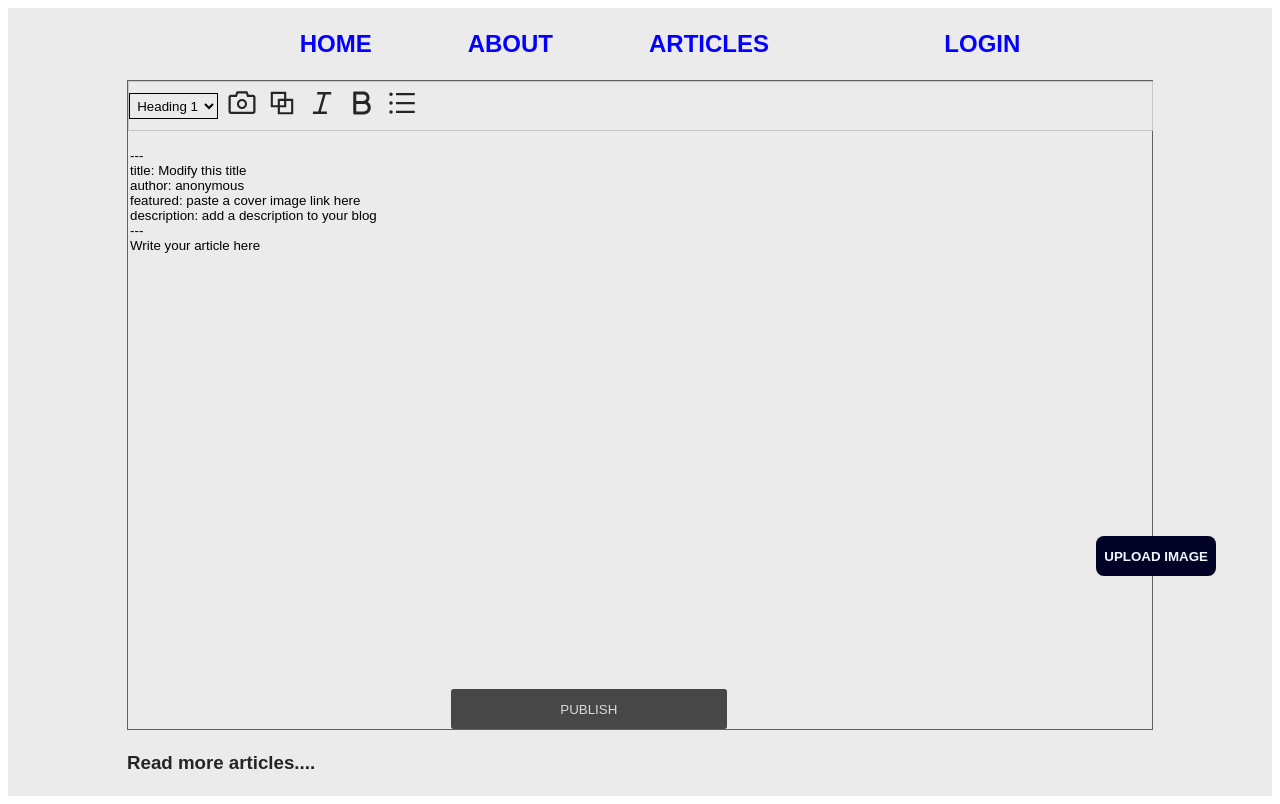
Repository: ValGrace/-static-site
Page: /articles (app in client/)
These files come from the project's save history. The page is drawn as it stood at one moment and after the next save; the edit follows.
The browser window is 1280 px wide. The pictures show the whole page.
The page's requests for data from a server got no answer. The project was rebuilt for these pictures with package versions that can differ from the ones it lists, and the page was loaded fresh each time. No one was signed in, and anything a server would have sent is missing. Also part of the build but not shown: client/vite.config.js, client/src/Components/Login.jsx, client/src/Components/Signup.jsx, client/src/Components/MidSection.jsx, client/src/Components/HomeSection.jsx, client/src/Components/TopSection.jsx, client/src/MdFiles/MdFileContext.js, client/src/Pages/HomePage.jsx and 1 more.

Above is the page before, as saved 2023-07-01 22:06:54.

### client/index.html
<!DOCTYPE html>
<html lang="en">
  <head>
    <meta charset="UTF-8" />
    <link rel="icon" type="image/svg+xml" href="/vite.svg" />
    <meta name="viewport" content="width=device-width, initial-scale=1.0" />
    <title>Static Site Generator</title>

  </head>
  <body>
    <div id="root"></div>
    <script type="module" src="/src/main.jsx"></script>
  </body>
</html>

### client/src/main.jsx
import React from 'react'
import ReactDOM from 'react-dom/client'
import App from './App'
import './index.css'
import { BrowserRouter } from 'react-router-dom'
ReactDOM.createRoot(document.getElementById('root')).render(
  <React.StrictMode>
    <BrowserRouter>
    <App />
    </BrowserRouter>
  </React.StrictMode>,
)

### client/src/App.jsx
import PageRouter from './Routing/PageRouter'
import './App.css'


function App() {

  return (
    <div className="App">
      <PageRouter />
    </div>
  )
}

export default App

### client/src/index.css
:root {
  font-family: 'Acme', sans-serif;
  line-height: 1.5;
  font-weight: 400;

  color-scheme: light dark;
  color: rgba(7, 7, 7, 0.87);
  /* background-color: #000000b4; */
  padding: 0;
  margin: 0;
  font-synthesis: none;
  text-rendering: optimizeLegibility;
  -webkit-font-smoothing: antialiased;
  -moz-osx-font-smoothing: grayscale;
  -webkit-text-size-adjust: 100%;
}

/* a {
  font-weight: 500;
  color: #646cff;
  text-decoration: inherit;
}
a:hover {
  color: #535bf2;
}

body {
  margin: 0;
  display: flex;
  place-items: center;
  min-width: 320px;
  min-height: 100vh;
}

h1 {
  font-size: 3.2em;
  line-height: 1.1;
}

button {
  border-radius: 8px;
  border: 1px solid transparent;
  padding: 0.6em 1.2em;
  font-size: 1em;
  font-weight: 500;
  font-family: inherit;
  background-color: #1a1a1a;
  cursor: pointer;
  transition: border-color 0.25s;
}
button:hover {
  border-color: #646cff;
}
button:focus,
button:focus-visible {
  outline: 4px auto -webkit-focus-ring-color;
}

@media (prefers-color-scheme: light) {
  :root {
    color: #213547;
    background-color: #ffffff;
  }
  a:hover {
    color: #747bff;
  }
  button {
    background-color: #f9f9f9;
  }
} */

### client/src/Routing/PageRouter.jsx
import Dashboard from "../Pages/Dashboard";
import HomePage from "../Pages/HomePage";
import { Routes, Route} from "react-router-dom"
import AboutPage from "../Pages/aboutPage";
import Articles from "../Pages/Articles";
const PageRouter = () => {
    return (
        <Routes>
            <Route exact path="/" element={ <HomePage />}/>
            <Route path="/login" element={ <Dashboard />}/>
            <Route path="/about" element={<AboutPage />} />
            <Route path="/articles" element={<Articles />} />

        </Routes>
    )
}

export default PageRouter

### client/src/App.css
.App {
  display: flex;
  flex-direction: column;
  justify-content: center;
  align-items: center;
  margin: 0;
  padding: 0;
  background-color: rgba(226, 226, 226, 0.699);
}

### client/src/Pages/Dashboard.jsx
import React, { useReducer, useState} from 'react'
import Login from '../Components/Login'
import Signup from '../Components/Signup'
import "../Components/Inputs.css"
import { Link, useNavigate } from 'react-router-dom'
// import { useAuth } from '../Context/UserContext'
import { account } from '../Utils/appwrite'
const initialState = {page : <Login />}
function reducer(state, action) {
    switch(action.type) {
        case 'loginpage':
          return { page: <Login />}
        case 'signuppage':
            return { page: <Signup />}
        default:
            return { page: <h2>Loading....</h2>}
    }
}
const Dashboard = () => {
    const [state, dispatch] = useReducer(reducer, initialState)

    const [ error, setError] = useState('')
    const navigate = useNavigate()
    const ghostLogin = async() => {
        try {
            setError('')
            await account.createAnonymousSession();
            navigate("/")
        }
        catch {
             setError("Failed to Create anonymous account")
        }
    }
    return (
        <div className='dashboard'>
         <h2>Static Site Generator</h2>
         <div>Static site Image</div>
      <div className='dash' id='dash'>
            <div className='toggleForms'>
                <button onClick={() => dispatch({type: 'loginpage'})} className="type-btn">Login</button>
                <button onClick={() => dispatch({type: 'signuppage'})} className="type-btn">Signup</button>
                </div>
            <React.Fragment>{state.page}</React.Fragment>

            <button id="auth-btns" onClick={ghostLogin}>Login with Ghost account</button>
            <h5>{error}</h5>
         </div>
         <Link to="/home">Home</Link>
       </div>
    )
}

export default Dashboard

### client/src/Pages/Articles.jsx
import { useEffect, useRef, useState} from 'react'
import { Axios } from "axios"
import Navbar from '../Components/Navbar'
import { account } from '../Utils/appwrite'
// import { FaBold, FaItalic, FaList} from 'react-icons/fa'
import { AiOutlineItalic, AiOutlineUnorderedList, AiOutlineBold, AiOutlineBlock, AiOutlineCamera} from "react-icons/ai"

const Articles = () => {

  const input = useRef()
  const preview = useRef()

  const [userName] = useState("anonymous")
  const [headStyle, setHeadStyle] = useState("##")
  const [imageData, setImageData] = useState("")
  // const [title, setTitle] = useState('')
  const [currentUser, setCurrentUser] = useState("")
  const articleContext = `
---
title: Modify this title
author: ${currentUser ? currentUser : userName}
featured: paste a cover image link here
description: add a description to your blog
---
Write your article here
  `
  const [article, setarticle] = useState(articleContext)


  // get current user account
  const subscriber = () => {
    const unsubscribe = account.get()
    unsubscribe.then(function(promise){
       console.log(promise)
       setCurrentUser(promise.name)
    }, function(error) {
      console.log(error)
    })
    return unsubscribe
  }
  // fetch articles from api
  async function getData() {
    const response =  await fetch('/articles/')
    const postData = await response.json()
    console.log(postData)

  }
  useEffect(()=> {
    subscriber()
    getData()
  }, [])


  const headTwoEvent = (e) => {
    e.preventDefault()
    setHeadStyle(e.target.value)
    input.current.value += headStyle

  }

  const blockEvent = (e) => {
    e.preventDefault()
    input.current.value += "> "
  }

  const italicEvent = (e) => {
    e.preventDefault()
    input.current.value += "*edit this italic text*"
  }

  const boldEvent = (e) => {
    e.preventDefault()
    input.current.value += "**edit this bold text**"
  }
  const editPost = (event) => {
     setarticle(event.target.value)
  }
  const listEvent = (e) => {
      e.preventDefault()
      input.current.value += "\n- "
  }

   const [imageSelected, setImageSelected] = useState()
   const uploadImage = async() => {
    const formdData = new FormData()
    formdData.append("file", imageSelected)
    formdData.append("upload_preset", "blogsite")
    // formData.append("cloud_name", "dnjzdxki1")
    let data = ""
    await Axios.post("https://api.cloudinary.com/v1_1/dnjzdxki1/image/upload", formdData).then((response)=>{
      console.log(response)
      data = response.data["secure_url"]
      setImageData(data)
    })
    input.current.value += `![add alt text here](${imageData})`
    return data
   }
    return (
        <>
          <Navbar />
          <div className="articles">
          <button onClick={uploadImage} className="btn-edit"> Upload Image</button>
            <form className="md-editor" method='post' action='/articles/' encType='multipart/form-data'>

            <div className='article-area'>

              <div className='article-icons'>
                <select value={headStyle} onChange={headTwoEvent}>
                  <option value="# ">Heading 1</option>
                  <option value="## ">Heading 2</option>
                  <option value="### ">Heading 3</option>
                </select>
                              <div>
                <label htmlFor='inputFile'>
                <AiOutlineCamera size="2em"/>
                <input type='file' onChange={(event) => setImageSelected(event.target.files[0])} id="inputFile" accept='image/*'/>
                </label>


                {/* <Image cloudName="" publicId="" /> */}
                </div>
                <span onClick={blockEvent}><AiOutlineBlock size="2em"/></span>
                <span onClick={italicEvent}><AiOutlineItalic size="2em"/></span>
                <span onClick={boldEvent}><AiOutlineBold size="2em"/></span>
                <span onClick={listEvent}><AiOutlineUnorderedList size="2em"/></span>

                </div>

                <textarea value={article} ref={input} onChange={editPost} id='txtarea' name='article'/>
            </div>
            <div className="md-btns">

                <input type='submit' id="md-btn" value='Publish' />
            </div>
            </form>

            <div id="preview" ref={preview}></div>
            <div>

                <h3>Read more articles....</h3>

            </div>
          </div>
        </>
    )
}

export default Articles













//   const submitForm = () => {
//     fetch("/articles/", {
//         method: "POST",
//         headers: {
//             "Content-Type": "application/json",
//         },
//         body: article

//     })
// }

### client/src/Components/Inputs.css
form, #dash {
    width: 80vw;
}
.signupForm, .dash, .dashboard {
   display: flex;
   flex-direction: column;
   justify-content: center;
   align-items: center;
   gap: 0.8em;
}

input, button {
    width: 80%;
    height: 3em;
    background-color: transparent;
    color: black;
}

#sign {
   width: 40vw;
}

.toggleForms {
    display: grid;
    grid-template-columns: 50% 50%;
    gap: 0.4em;
    justify-content: center;
    align-items: center;
}

#inptitle, .article-icons{
   width: 100%;
   border: 0.5px solid rgb(199, 199, 199);
   border-radius: 0.7%;

}

.article-icons {
    width: 79.9vw;
    height: 3em;
    display: flex;
    flex-direction: row;
    align-items: center;
    gap: 0.5em;
}

.article-area {
   margin-top: 0;
   display: flex;
   flex-direction: column;
   height: 90vh;

}

.type-btn {
    background-color: rgb(2, 2, 133);
    border: none;
    width: 20vw;
    border-radius: 8px;
    text-transform: uppercase;
    color: aliceblue;
    font-weight: 700;
}

.type-btn:hover {
   background-color: rgb(1, 1, 22);
}

#auth-btns {
    text-transform: uppercase;
    font-weight: 700;
}

select, option {
    border: 0.08em solid black;
    background-color: transparent;
    font-weight: 500;
    padding: 0.2rem;
}

input[type=file] {
   display: none;
}

label {
    cursor: pointer;
}

### client/src/Utils/appwrite.js
import {Client, Account} from "appwrite"

const client = new Client()

client.setEndpoint("https://cloud.appwrite.io/v1").setProject("64940746ea62d29f596e")

export const account = new Account(client)

### client/src/Components/Navbar.jsx
import { useState } from "react"
import {HiBars3BottomLeft} from 'react-icons/hi2'
import { FaTimes} from 'react-icons/fa'
import { Link} from 'react-router-dom'
import "./Navbar.css"
const Navbar = () => {
    const [clickbar, setClickbar] = useState(false)
    return (
           <>


        <nav id="bar" onClick={()=>setClickbar
        (!clickbar)}>{clickbar ? <>
           <FaTimes size="2em"/>

            <ul>
               <Link to="/" className="navlink"><li>home</li></Link>
                <Link to="/about"><li>about</li></Link>
                <Link to="/articles"><li>articles</li></Link>
                <Link to="/login"><li>Login</li></Link>
            </ul>

        </>: <HiBars3BottomLeft size="2em"/>}
        </nav>

        <nav id="pages">
        <ul>
                <Link to="/" className="navlink"><li>home</li></Link>
                <Link to="/about" className="navlink"><li>about</li></Link>
                <Link to="/articles" className="navlink"><li>articles</li></Link>
            </ul>
            <ul>
                <li><Link to="/login" className="navlink">Login</Link></li>
            </ul>

</nav>
        </>
    )
}

export default Navbar

### client/src/Components/InfoPage.css
#about-page {
    font-size:2rem;
    text-transform: capitalize;

    width: 80vw;

    text-align: center;
}

.about-mid {
   display: flex;
   gap: 0.4rem;
   flex-wrap: wrap;
   flex-direction: column;
}

.about-info, .abt-context {
    /* width: 25vw; */
    display: flex;
    flex-direction: column;

}
#context {
    width: 75vw;
}

.abt-img {
    background-color: rgba(54, 4, 4, 0.685);
    width: 40vw;

}

.abt-img > img {
    width: 100%;
    height: 100%;
}


.md-editor {
    width: 80vw;
    height: 90vh;
    margin: auto;
    display: flex;
    flex-direction: column;
    border: 0.5px solid rgb(97, 97, 97);

}

.footer {
    background-color: rgba(255, 255, 255, 0.952);
    /* padding: 0.8em; */
    width: 100%;
    text-align: center;
    color: rgba(0, 0, 0, 0.938);
    border-radius: 0.4em;
}

#txtarea {
    resize: none;
    width: 100%;
    height: 60vh;
    background-color: transparent;
    border: none;
    font-family: 'Acme', sans-serif;
}
.md-edit {
    position: absolute;
    width: 80vw;
    height: 90vh;
    top: 10%;
    background-color: rgb(0, 0, 0);
    display: flex;
    flex-direction: column;
    align-items: center;
    gap: 0.4em;
}

.md-edit > textarea {
    resize: none;
    width: 90%;
    height: 80%;
    background-color: rgb(29, 28, 28);
    color: rgba(240, 248, 255, 0.932);
    border-radius: 8px;
    border: none;

}

.md-btns {
    display: flex;
   justify-content: center;
   align-items: center;
    gap: 0.7em;
    width: 90%;
}

#md-btn {
    width: 30%;
    background-color: rgb(71, 71, 71);
    color: rgb(218, 218, 218);
    text-transform: uppercase;
    font-weight: 400;
    border: none;
    border-radius: 0.2em;

}
@media screen and (min-width: 670px) {
    #abt-info {
        flex-direction: row-reverse;
    }
    .about-info, .abt-context {
        flex-direction: row;
        justify-content: center;
        gap: 0.8em;

    }
    .abt-pg {
        display: flex;
        flex-direction: column;
        width: 40vw;
    }
    .abt-img {
        width: 40vw;
    }

}

### client/src/Components/Navbar.css
nav {
    width: 70vw;
    height: 10vh;
    display: flex;
}

nav > ul{
  display: flex;
  flex-direction: row;
  text-transform: uppercase;
  list-style-type: none;
  justify-content: center;
  align-items: center;
  gap: 4em;
  font-weight: 600;
  font-size: 1.5rem;
  flex-grow: 1;

  text-decoration: none;
}

.navlink {
    text-decoration: none;
    text-decoration-style: none;
    color: rgb(4, 0, 255);
}

.topsection {
    background-image: url("../assets/pwbg.jpg");
    color: rgb(231, 228, 228);
    width: 98vw;
    height: 70vh;
    background-size: cover;
    display: flex;
    flex-direction: column;
    align-items: center;

    position: relative;
    z-index: 1;
}

.topsection-cover {
    position: absolute;
    left: 0;
    bottom: 0;
    width: 100%;
    height: 100%;
    background-color: rgba(0, 0, 0, 0.719);
    z-index: -1;
}

#top-text {
    width: 65vw;
    left: 40%;
    height: 80%;
    display: flex;
    flex-direction: column;
    justify-content: center;

}

#top-text > h2 {
    font-size: 4.5rem;
    text-transform: capitalize;
    margin: 0;
    /* float: left; */
}

#top-text > p {
    float: right;

}

.head-section {
    display: flex;
    width: 90vw;
    gap: 0.5em;
    flex-wrap: wrap;
}

.head-img {
    background-color: rgb(14, 13, 29);
    width: 90%;
    /* border-radius: 0.9em; */
    height: 45vh;
    box-shadow: rgba(0, 0, 0, 0.25) 0px 14px 28px;
    margin-left: 0;
    justify-self: left;
}

.head-img > img {
    width: 100%;
    height: 100%;
    border-radius: 0.9em;
}

.side-section {
    display: flex;
    flex-direction: column;
    height: 100vh;
    background-color: rgb(14, 13, 13);
    gap: 0.3rem;
    padding: 2.8rem;
    width: 92%;
}

.side-section > h2 {
    font-size: 2.5rem;
    color: rgb(253, 255, 255);
    text-align: center;
}

.featured-articles {
    display: flex;
    flex-direction: row;
    flex-wrap: wrap;
    color: rgb(255, 255, 255);
    text-align: justify;
    gap: 1.6rem;
    align-items: center;
}

.side-blogs > h4 {
    font-size: larger;
    text-transform: capitalize;
}

.side-img-left {
    display: flex;
    flex-direction: column;
    width: 40vw;
    gap: 0.8rem;
}

.side-img-right {
    display: flex;
    flex-direction: row;
    width: 45vw;
    height: 10rem;
    gap: 0.4rem;
    margin-bottom: 0.4rem;
    justify-content: center;
    align-items: center;
}
.side-right-img {
    width: 60%;
    height: 100%;
    box-shadow: rgba(0, 0, 0, 0.25) 0px 14px 28px;
}


.side-img {
    background-color: black;
    width: 100%;
    height: 16rem;

}

.side-img > img, .side-right-img > img {
    width: 100%;
    height: 100%;
}

.side-blogs > h4, .side-blogs > p {
    margin: 0;
}

.btn-edit {
    position: fixed;
    right: 5%;
    bottom: 20%;
    width: auto;
    padding: 8px;
    background-color: rgb(2, 2, 39);
    color: aliceblue;
    text-transform: uppercase;
    font-weight: 600;
    border: none;
    border-radius: 8px;
}
.site-descr {
    width:65vw;
    /* background-color: rgba(226, 226, 226, 0.699); */
    border-radius: 9px;
    /* margin-top: 0.9rem; */
    display: flex;
    /* gap: 0.4rem; */
    /* padding: 3.4rem; */
    height: 25vh;
    margin-bottom: 3em;
}

#pages > ul {

    flex-direction: column;
}

.site-descr > p {
    width: 75%;
}
.site-sep {
    width: 0.1rem;
    height: 90%;
    background-color: rgb(2, 2, 39);
    margin-right: 0.7rem;
}


.value-section {
   width: 100%;
    display: flex;
    gap: 2.8rem;
    flex-wrap: wrap;
    /* color: rgb(20, 20, 20); */
    justify-content: center;
    align-items: center;
}

.single-value {
    box-shadow:
		5px 1px 5px rgb(199, 199, 199);
    border-radius: 10px;
    background-color: rgba(255, 255, 255, 0.863);
    padding: 0.4em;
    width: 15em;
    height: 16em;
}

#icon-section {
    width: 100%;
    height: 40%;
    display:flex;
    justify-content: center;
    align-items: center;
}



@media screen and (min-width: 1200px) {
    #bar {
      display: none;
    }
    #pages > ul{
        flex-direction: row;
    }

  }

@media screen and (max-width: 1200px) {
    #pages {
      display: none;
    }
   #bar {
        flex-direction: column;

    }
    #bar > ul {
        flex-direction: column;
        gap: 2em;
        background-color: rgba(255, 255, 255, 0.979);
        color: rgb(2, 6, 56);
        width: 90vw;
        height: 70vh;
        position: absolute;
        top: 0;
        right: 0;
    }
}

After the next save:
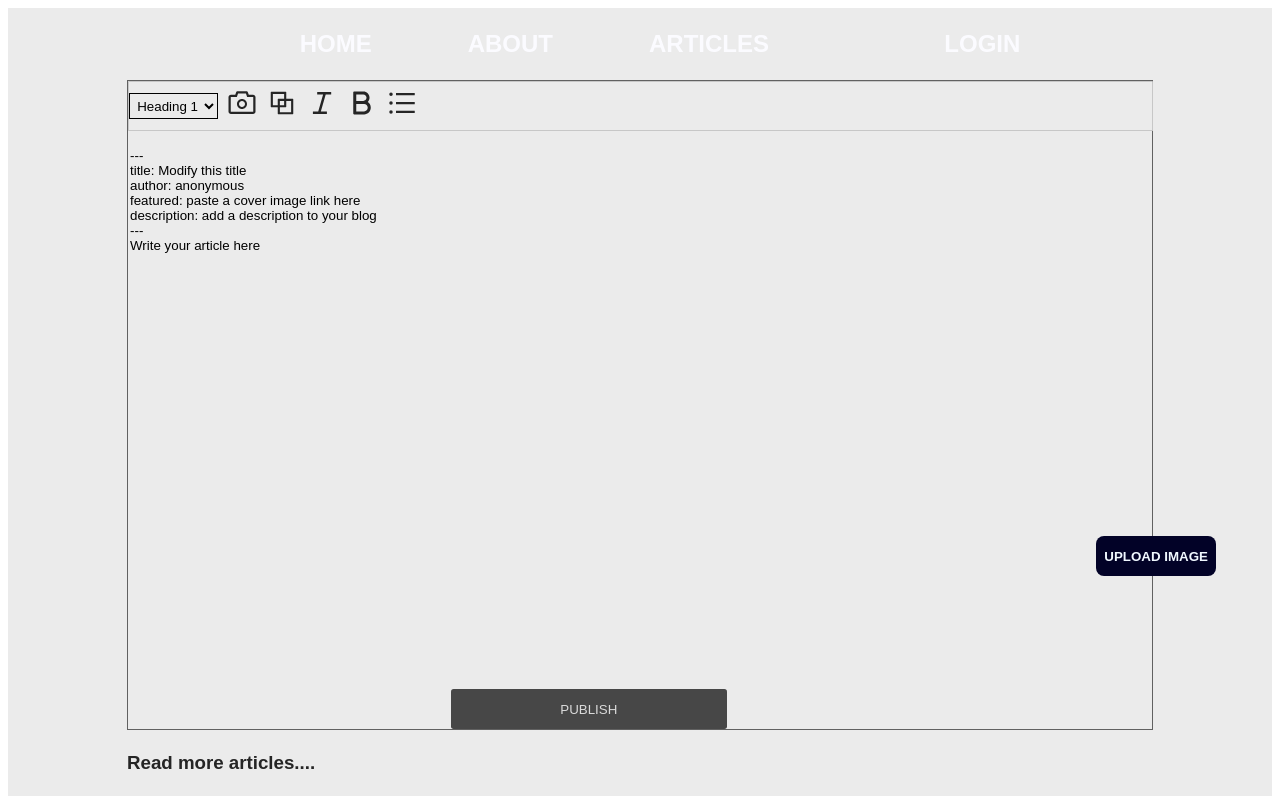
Saved 17 s later.
--- a/client/src/Components/Navbar.css
+++ b/client/src/Components/Navbar.css
@@ -22,7 +22,7 @@ nav > ul{
 .navlink {
     text-decoration: none;
     text-decoration-style: none;
-    color: rgb(4, 0, 255);
+    color: rgb(251, 251, 255);
 }
 
 .topsection {
